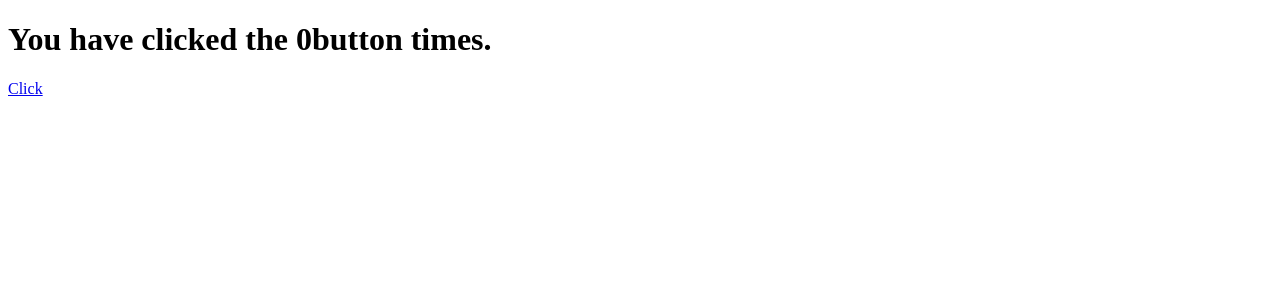
Repository: bchang1213/javaEE
Page: http://localhost/ButtonClicker/Home
These files come from the project's save history. The page is drawn as it stood at one moment and after the next save; the edit follows.
The browser window is 1280 px wide. The pictures show the whole page.
The page is served by Tomcat 9.

Above is the page before, as saved 2017-10-06 21:04:09.

After the next save:
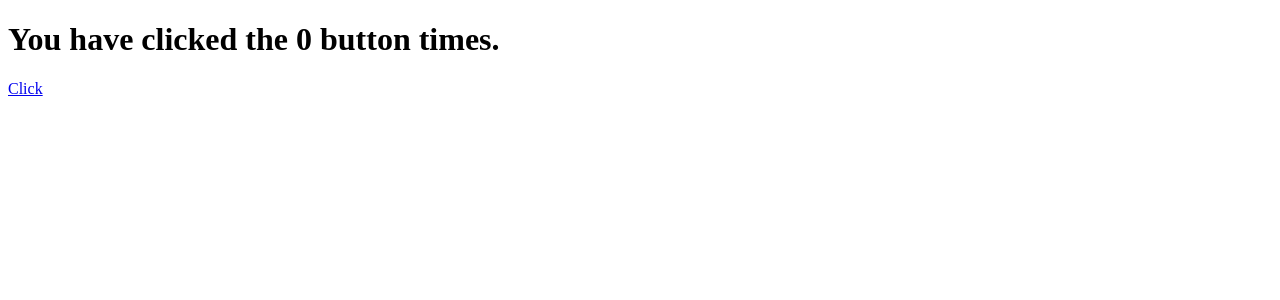
Saved 19 s later.
--- a/ButtonClicker/WebContent/WEB-INF/views/ButtonClicker.jsp
+++ b/ButtonClicker/WebContent/WEB-INF/views/ButtonClicker.jsp
@@ -7,7 +7,7 @@
 <title>Button Clicker</title>
 </head>
 <body>
-	<h1>You have clicked the <%= session.getAttribute("click") %>button times. </h1>
+	<h1>You have clicked the <%= session.getAttribute("click") %> button times. </h1>
 	<a href="ButtonControl">Click</a>
 </body>
 </html>
